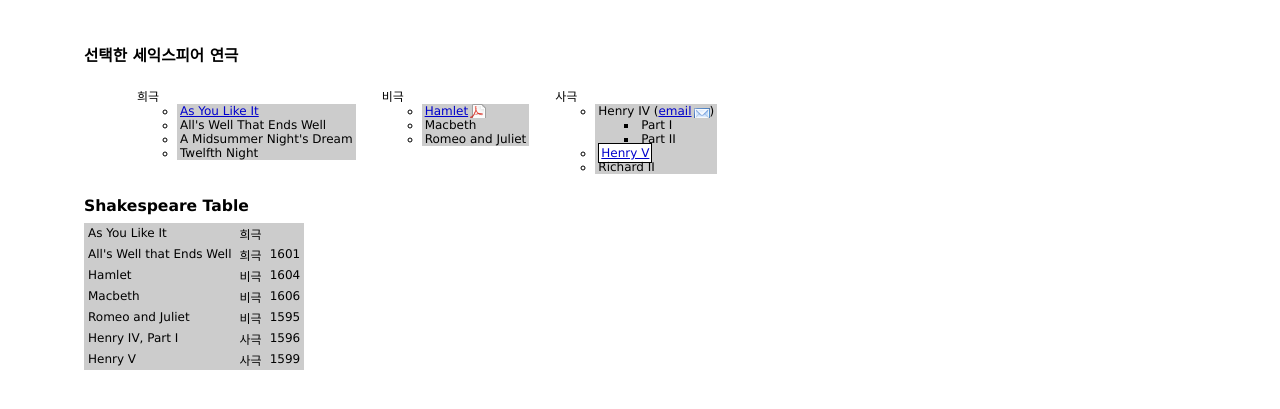
Repository: RyuJelly/211
Page: java_web/jQuery/WebContent/chap02/index.html
These files come from the project's save history. The page is drawn as it stood at one moment and after the next save; the edit follows.
The browser window is 1280 px wide. The pictures show the whole page.

Above is the page before, as saved 2021-03-15 05:06:37.

### java_web/jQuery/WebContent/chap02/index.html
<!DOCTYPE html PUBLIC "-//W3C//DTD XHTML 1.0 Transitional//EN"
	"http://www.w3.org/TR/xhtml1/DTD/xhtml1-transitional.dtd">

<html xmlns="http://www.w3.org/1999/xhtml" xml:lang="en" lang="en">
<head>
	<meta http-equiv="Content-Type" content="text/html; charset=utf-8"/>

	<title>Selected ShakeSpeare Plays</title>
	<link rel="stylesheet" href="../css/default.css" type="text/css" media="screen" />
	<link rel="stylesheet" href="chapter2.css" type="text/css" media="screen" />

	<script src="jquery.js" type="text/javascript"></script>
  <script src="chapter2.js" type="text/javascript"></script>

</head>
<body>
<div id="container">

<h2>선택한 세익스피어 연극</h2>
<ul id="selected-plays" class="clear-after">
  <li>희극
    <ul>
    	<li><a href="/asyoulikeit/">As You Like It</a></li>
    	<li>All's Well That Ends Well</li>
    	<li>A Midsummer Night's Dream</li>
    	<li>Twelfth Night</li>
    </ul>
  </li>
  <li>비극
    <ul>
    	<li><a href="hamlet.pdf">Hamlet</a></li>
    	<li>Macbeth</li>
    	<li>Romeo and Juliet</li>
    </ul>
  </li>
  <li>사극
    <ul>
    	<li>Henry IV (<a href="mailto:henryiv@king.co.uk">email</a>)
        <ul>
          <li>Part I</li>
          <li>Part II</li>
			  </ul>
			</li>
			<li><a href="http://www.shakespeare.co.uk/henryv.htm">Henry V</a></li>
			<li>Richard II</li>
    </ul>
  </li>
</ul>
<h2>Shakespeare Table</h2>
<table>
  <tr>
  	<td>As You Like It</td>
  	<td>희극</td>
  	<td></td>
  </tr>
  <tr>
  	<td>All's Well that Ends Well</td>
  	<td>희극</td>
  	<td>1601</td>
  </tr>
  <tr>
  	<td>Hamlet</td>
  	<td>비극</td>
  	<td>1604</td>
  </tr>
  <tr>
  	<td>Macbeth</td>
  	<td>비극</td>
  	<td>1606</td>
  </tr>
  <tr>
  	<td>Romeo and Juliet</td>
  	<td>비극</td>
  	<td>1595</td>
  </tr>
  <tr>
  	<td>Henry IV, Part I</td>
  	<td>사극</td>
  	<td>1596</td>
  </tr>
  <tr>
  	<td>Henry V</td>
  	<td>사극</td>
  	<td>1599</td>
  </tr>
</table>
<!-- <h2>from Benjamin Franklin's <em>Autobiography</em></h2>
<p>Thus refreshed, I walked again up the street, which by this time had many clean-dressed people in it, who were all walking the same way. I joined them, and thereby was led into the great meeting-house of the Quakers near the market. I sat down among them, and, after looking round awhile and hearing nothing said, being very drowsy thro’ labor and want of rest the preceding night, I fell fast asleep, and continued so till the meeting broke up, when one was kind enough to rouse me. This was, therefore, the first house I was in, or slept in, in Philadelphia.</p> -->
</div>
</body>
</html>

### java_web/jQuery/WebContent/chap09/default.css
body {
  font: 62.5% Arial, Verdana, sans-serif;
}

#container {
  padding: 20px 60px 100px;
}
h1 {
  font-size: 2.5em;
  margin-bottom: 1em;
}
h2 {
  font-size: 1.3em;
  margin-bottom: .5em;
}
h3 {
  font-size: 1.1em;
  margin-bottom: 0;
}

### java_web/jQuery/WebContent/chap02/chapter2.css
/***************************************
   =default styles
************************************** */

html, body {
  margin: 0;
  padding: 0;
}

body {
  font: 62.5% Verdana, Helvetica, Arial, sans-serif;
  color: #000;
  background: #fff;
}
#container {
  font-size: 1.2em;
  margin: 10px 2em;
}

h1 {
  font-size: 2.5em;
  margin-bottom: 0;
}

h2 {
  font-size: 1.3em;
  margin-bottom: .5em;
}
h3 {
  font-size: 1.1em;
  margin-bottom: 0;
}

code {
  font-size: 1.2em;
}

a {
  color: #06581f;
}
/* ----------------------------
=Aslett Clearing Method for floats
-------------------------------*/
.clear-after:after {
  content: ".";
  display: block;
  height: 0;
  clear: both;
  visibility: hidden;
  }
.clear-after {display: inline-block;}
/* backslash hack hides from IE Mac \*/
	* html .clear-after {height: 1%;}
	.clear-after {display: block;}
/* end backslash hack */


/***************************************
   =chapter styles
************************************** */

li {
  padding: 0 3px;
}
.horizontal {
  float: left;
  list-style: none;
  margin: 10px;
}
.sub-level {
  background: #ccc;
}
a {
  color: #00c;
}
a.mailto {
  background: url(images/email.png) no-repeat 100% 2px;
  padding-right: 18px;
}
a.pdflink {
  background: url(images/pdf.png) no-repeat 100% 0;
  padding-right: 18px;
}
a.henrylink {
  background-color: #fff;
  padding: 2px;
  border: 1px solid #000;
}
a.external {
  background: #fff url(images/external.png) no-repeat 100% 2px;
  padding-right: 16px;
}

table {
  border-collapse: collapse;
}
th, td {
  text-align: left;
  padding: 2px 4px;
}
.table-heading {
  background-color: #000;
  color: #fff;

}

.alt {
  background-color: #ccc;
}

.highlight {
  font-weight: bold;
  font-style: italic;
}

.italic {
  font-style: italic;
}
.bold {
  font-weight: bold;
}

### java_web/jQuery/WebContent/chap02/chapter2.js
$(function(){
	$('#selected-plays > li').addClass('horizontal');
	$('#selected-plays li:not("#selected-plays > li")').addClass('sub-level');
	$('a[href $= pdf]').addClass('pdflink');
	$('a[href ^= mailto]').addClass('mailto');
	$('a[href *= henry]:not(.mailto)').addClass('henrylink');
	//$('tr:nth-child(2n)').addClass('alt');
	$('tr:odd').addClass('alt');	// 짝수번째
	$('tr:nth-child(odd)').addClass('alt');		// 홀수번째
});

Loaded but not shown: java_web/jQuery/WebContent/chap02/jquery.js (library)

After the next save:
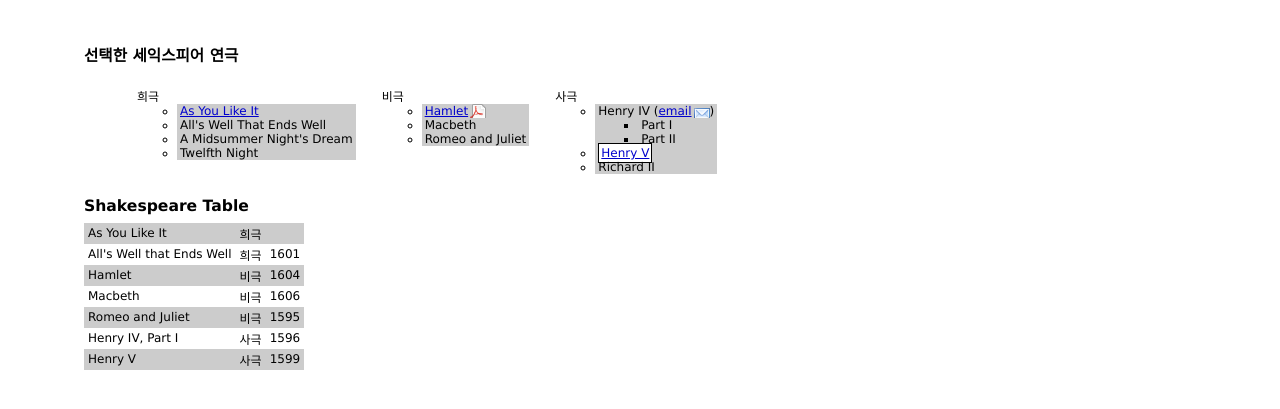
Saved 6 s later.
--- a/java_web/jQuery/WebContent/chap02/chapter2.js
+++ b/java_web/jQuery/WebContent/chap02/chapter2.js
@@ -5,6 +5,6 @@ $(function(){
 	$('a[href ^= mailto]').addClass('mailto');
 	$('a[href *= henry]:not(.mailto)').addClass('henrylink');
 	//$('tr:nth-child(2n)').addClass('alt');
-	$('tr:odd').addClass('alt');	// 짝수번째
+	//$('tr:odd').addClass('alt');	// 짝수번째
 	$('tr:nth-child(odd)').addClass('alt');		// 홀수번째
 });
